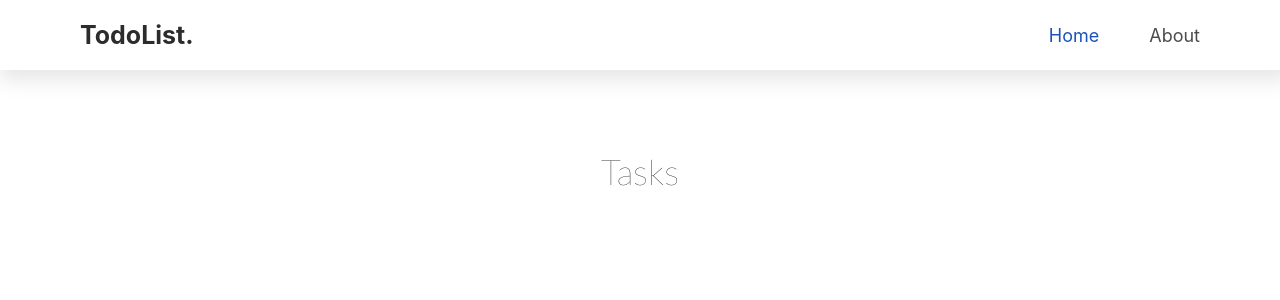
Repository: dqhuy153/react-todoList
Page: /
These files come from the project's save history. The page is drawn as it stood at one moment and after a run of saves; the edit follows.
The browser window is 1280 px wide. The pictures show the whole page.
The project was rebuilt for these pictures with package versions that can differ from the ones it lists, and the page was loaded fresh each time. Also part of the build but not shown: src/components/UI/LoadingSpinner.module.scss.

Above is the page before, as saved 2021-09-16 19:39:01.

### src/App.js
import React, { Suspense } from 'react';
import { Switch, Route } from 'react-router-dom';

import './App.css';
import Layout from './components/layout/Layout';
import LoadingSpinner from './components/UI/LoadingSpinner';

const Home = React.lazy(() => import('./components/pages/Home'));
const About = React.lazy(() => import('./components/pages/About'));

function App() {
  return (
    <Layout>
      <Suspense
        fallback={
          <div className="centered">
            <LoadingSpinner />
          </div>
        }
      >
        <Switch>
          <Route path="/" exact>
            <Home />
          </Route>
          <Route path="/about">
            <About />
          </Route>
          {/* <Route path="/products" exact>
          <Products />
        </Route>
        <Route path="/products/:productId">
          <ProductDetail />
        </Route> */}
        </Switch>
      </Suspense>
    </Layout>
  );
}

export default App;

### src/App.css
@import url('https://fonts.googleapis.com/css2?family=Lato:ital,wght@0,100;0,300;0,400;0,700;0,900;1,100;1,300;1,400;1,700;1,900&display=swap');

* {
  box-sizing: border-box;
  font-size: 62.5%;
  padding: 0;
  margin: 0;
}

.centered {
  margin: 3rem auto;
  text-align: center;
  display: flex;
  justify-content: center;
  align-items: center;
}

### src/components/layout/Layout.js
import React, { Fragment } from 'react';
import AppNavigation from './AppNavigation';

import styles from './Layout.module.scss';

export default function Layout(props) {
  return (
    <Fragment>
      <AppNavigation logoTitle="TodoList." />
      <main className={styles.main}>{props.children}</main>
    </Fragment>
  );
}

### src/components/UI/LoadingSpinner.js
import styles from './LoadingSpinner.module.scss';

const LoadingSpinner = () => {
  return <div className={styles.spinner}></div>;
};

export default LoadingSpinner;

### src/components/pages/Home.js
import React from 'react';

import styles from './Home.module.scss';

export default function Home(props) {
  return (
    <div className={styles.container}>
      <h1>Tasks</h1>
    </div>
  );
}

### src/components/layout/AppNavigation.js
import React from 'react';
import { NavLink } from 'react-router-dom';

import styles from './AppNavigation.module.scss';

export default function AppNavigation({ logoTitle = 'Demo.', ...props }) {
  return (
    <header className={styles.header}>
      <div className={styles.logo}>{logoTitle}</div>
      <nav>
        <ul>
          <li>
            <NavLink to="/" exact activeClassName={styles.active}>
              Home
            </NavLink>
          </li>
          <li>
            <NavLink to="/about" activeClassName={styles.active}>
              About
            </NavLink>
          </li>
        </ul>
      </nav>
    </header>
  );
}

### src/components/pages/Home.module.scss
.container {
  padding: 15rem 0;

  h1 {
    text-align: center;
    font-family: 'Lato', sans-serif;
    font-weight: 100;
    font-size: 3.5rem;
  }
}

### src/components/layout/AppNavigation.module.scss
.header {
  width: 100%;
  height: 7rem;
  display: flex;
  align-items: center;
  justify-content: space-between;
  background-color: #ffffff;
  padding: 0 8rem;
  box-shadow: 5px 5px 20px 5px rgba(0, 0, 0, 0.1);
  position: fixed;
}

.logo {
  font-size: 2.5rem;
  color: rgb(44, 44, 44);
  font-weight: bold;
}

.header ul {
  list-style: none;
  margin: 0;
  padding: 0;
  display: flex;
  align-items: baseline;
}

.header li {
  margin-left: 5rem;
}

.header a {
  text-decoration: none;
  font-size: 1.8rem;
  color: #4b4b4b;
}

.header a:hover,
.header a:active,
.header a.active {
  color: rgb(28, 83, 184);
}

Loaded but not shown: public/index.html (common file); src/index.js (common file); src/index.css (common file); src/reportWebVitals.js (common file); src/components/layout/Layout.module.scss (no stored copy; drawn as an empty file)

After the next 2 saves:
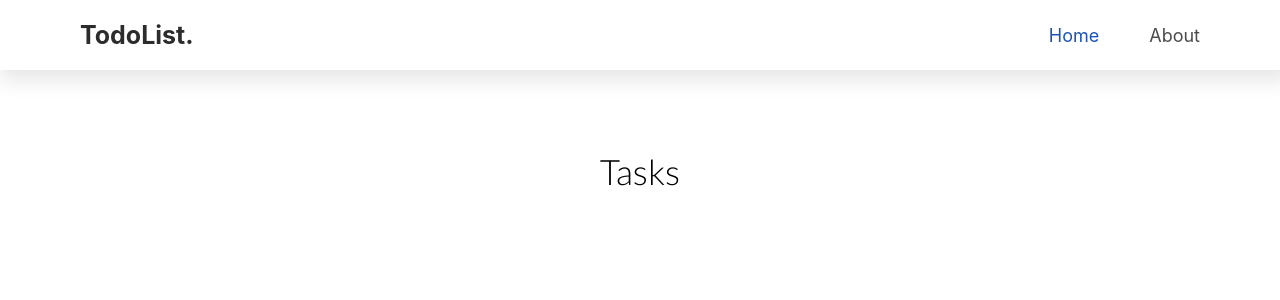
The 2 saves are shown as one change because they came seconds apart.
The last was saved 6 s later.
--- a/src/components/pages/Home.module.scss
+++ b/src/components/pages/Home.module.scss
@@ -4,7 +4,7 @@
   h1 {
     text-align: center;
     font-family: 'Lato', sans-serif;
-    font-weight: 100;
+    font-weight: 300;
     font-size: 3.5rem;
   }
 }
